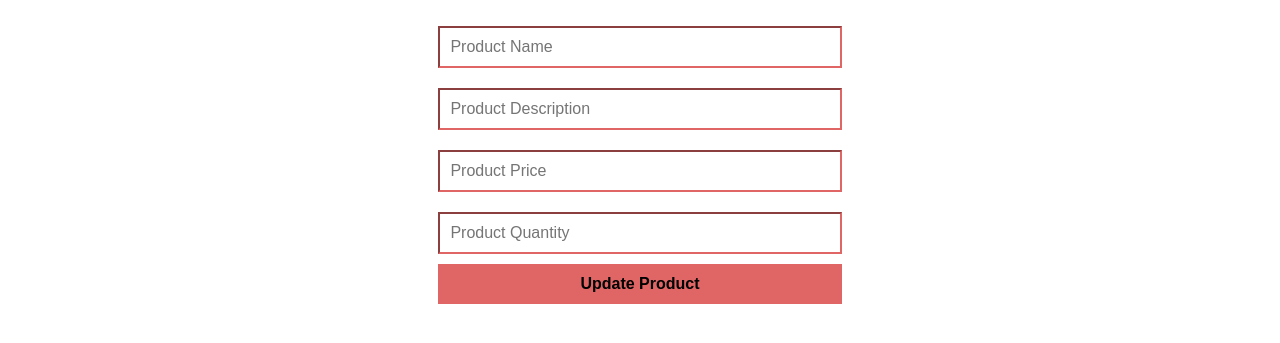
Repository: developerks611/Bumble-bee
Page: http://localhost/Bumble/view-one-brand.jsp
These files come from the project's save history. The page is drawn as it stood at one moment and after the next save; the edit follows.
The browser window is 1280 px wide. The pictures show the whole page.
The page is served by Tomcat 9.

Above is the page before, as saved 2023-03-02 09:09:22.

After the next save:
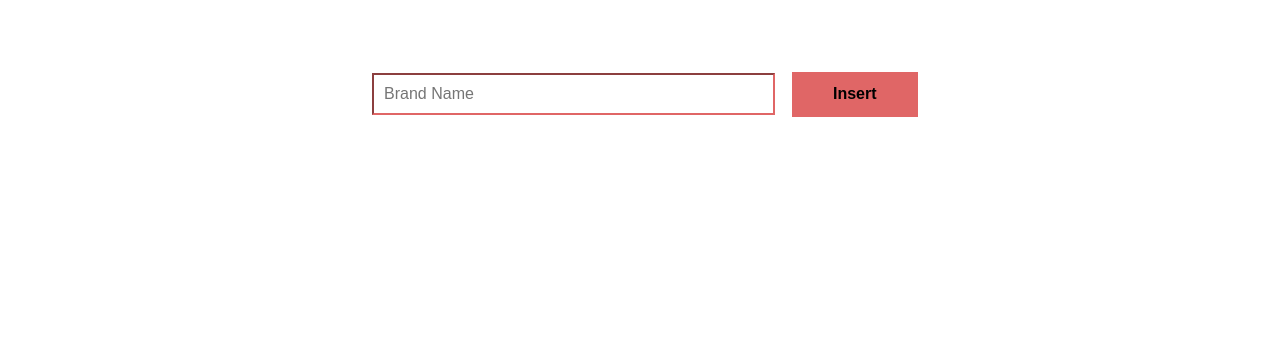
Saved 23 min 6 s later.
--- a/Bumble/src/main/webapp/view-one-brand.jsp
+++ b/Bumble/src/main/webapp/view-one-brand.jsp
@@ -4,9 +4,28 @@
 <!DOCTYPE html>
 <html>
 <head>
+<meta charset="ISO-8859-1">
+<title>Insert Brand</title>
 <style>
-	.container {
+.container {
  text-align:center;
+ margin-top:5%;
+}
+
+.createAccount {
+	margin-left: 0.5%;
+}
+
+.createAccount{
+
+	background-color:#e06666;
+	outline: none;
+    border: none;
+    width:10%;
+    height:45px;
+    font-size:100%;
+    padding:5px;
+    font-weight:bold;
 }
 
 .txt_input{
@@ -18,43 +37,19 @@
 	font-size:100%;
 	border-color:#e06666;
 }
+</style>
+</head>
+<body>
+	<div class="container">
+		<p>${message}<p>
+		<form action="addBrand" method="post">
+		<input type="hidden" name="action" value="addbrand">
+			<input type="text" class="txt_input" placeholder="Brand Name" name="brandname"><button type="submit" class="btn btn-success createAccount">Insert</button>
+		</form>
 
 
-.createAccount{
 
-	background-color:#e06666;
-	outline: none;
-    border: none;
-    width:32%;
-    height:40px;;
-    font-size:100%;
-    padding:10px;
-    font-weight:bold;
-}
-.select_txt{
-	width:32%;
-}
+	</div>
 
-</style>
-<meta charset="ISO-8859-1">
-<title>Insert Product</title>
-</head>
-<body>
-<div class="container">
-<p>${message}</p>
-<p>
-<tag:set var = "product" scope = "session" value = "${product}"/>
-
-<form action="updateProduct" method="Post">
-
-<input type="text" placeholder="Product Name" name="productname" required class="txt_input" value="${product.getProductname()}" required><br>
-<input type="text" placeholder="Product Description" name="productdescription" required class="txt_input" value="${product.getProdcutdescription()}" required><br>
-<input type="number" placeholder="Product Price" name="price" required min="1" class="txt_input" value="${product.getPrice()}" required><br>
-<input type="number" placeholder="Product Quantity" name="quantity" required min="1" class="txt_input" value="${product.getQuantity()}" required><br>
-<input type="hidden" name="action" value="updatedproduct">
-<input type="hidden" name="pid" value="${product.getProductid()}">
-<button type="submit" class="btn btn-success createAccount">Update Product</button>
-</form>
-</div>
 </body>
 </html>
